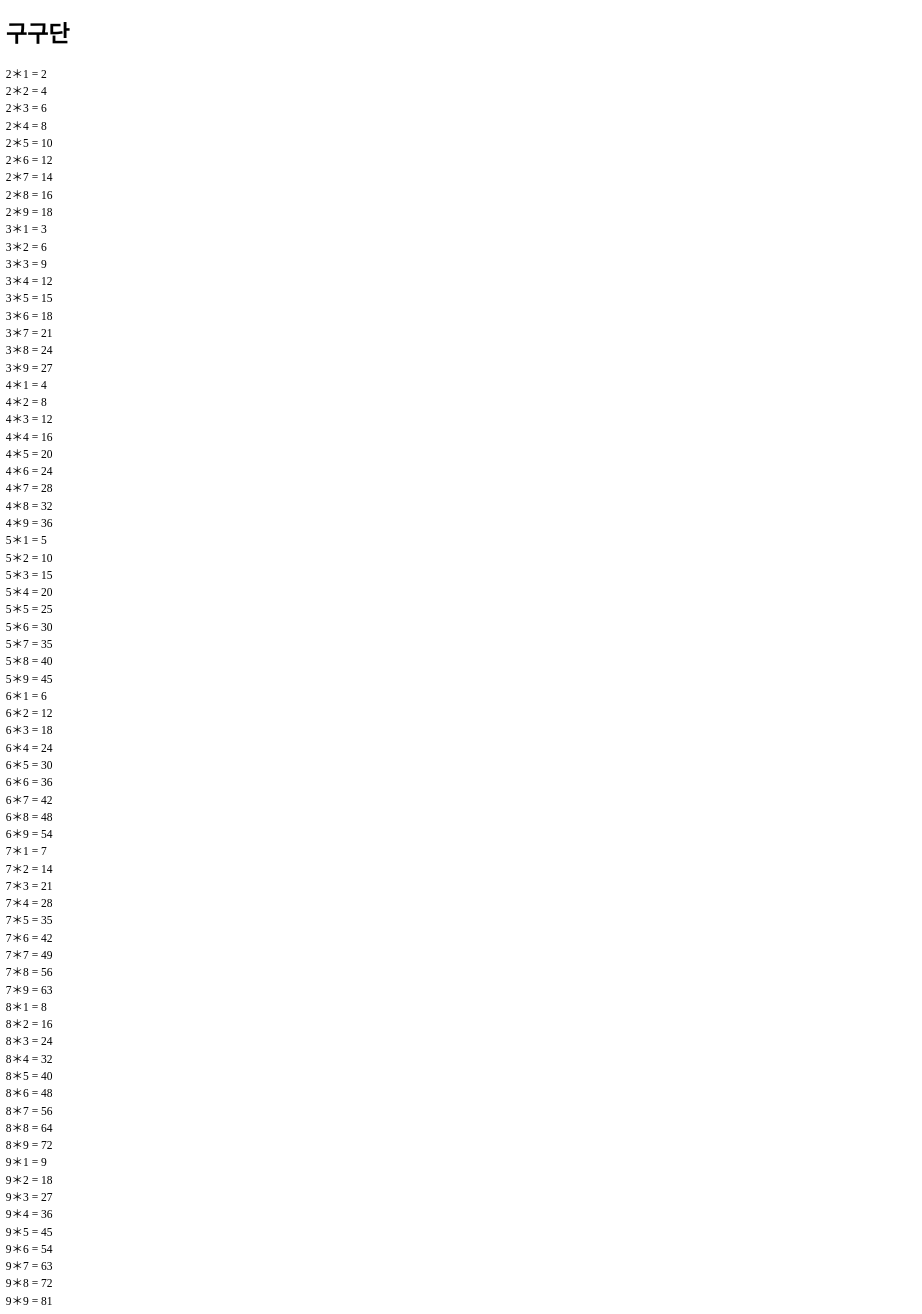
Repository: XenosJM/WEB_CODES
Page: Web03_JavaScript/src/main/webapp/homework/HW01_nonReport.html
These files come from the project's save history. The page is drawn as it stood at one moment and after the next save; the edit follows.
The browser window is 1280 px wide. The pictures show the whole page, at 72% of full size.

Above is the page before, as saved 2024-03-20 08:19:51.

### Web03_JavaScript/src/main/webapp/homework/HW01_nonReport.html
<!DOCTYPE html>
<html>
<head>
<meta charset="UTF-8">
<title>For_ex</title>
</head>
<body>
	<h1>구구단</h1>
	<div id="output"></div>
	<script type="text/javascript">
		let output = document.getElementById('output');

		function multi() {

			for (let x = 2; x <= 9; x++) {
				for (let y = 1; y <= 9; y++) {
					//x = parseInt(x);
					//y = parseInt(y);
					let sum = (x * y);
					output.innerHTML += x + '＊' + y + ' = ' + sum + '<br>';

				}
			}

			/*
			0,0 0,1 0,2 0,3 0,4 0,5 0,6
			1과 5
			2와 4
			3
			2와 4
			1과 5
			 */
		}
			 multi();
	</script>

</body>
</html>

After the next save:
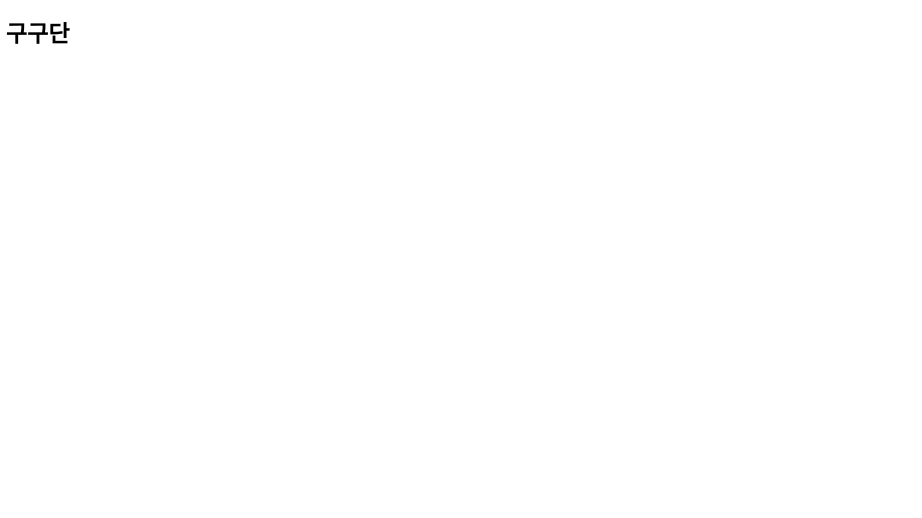
Console error: SyntaxError: Unexpected token 'for'
Saved 2 min 34 s later.
--- a/Web03_JavaScript/src/main/webapp/homework/HW01_nonReport.html
+++ b/Web03_JavaScript/src/main/webapp/homework/HW01_nonReport.html
@@ -22,6 +22,14 @@
 				}
 			}
 
+		function writeStar()
+			for(let x = 0; x < 7; x++){
+				for(let y = 0; y < 7; y++){
+					let sum = ((x*y) = '＊');
+					output.innerHTML += sum;
+				}
+			}
+
 			/*
 			0,0 0,1 0,2 0,3 0,4 0,5 0,6
 			1과 5

After the 4 saves that followed:
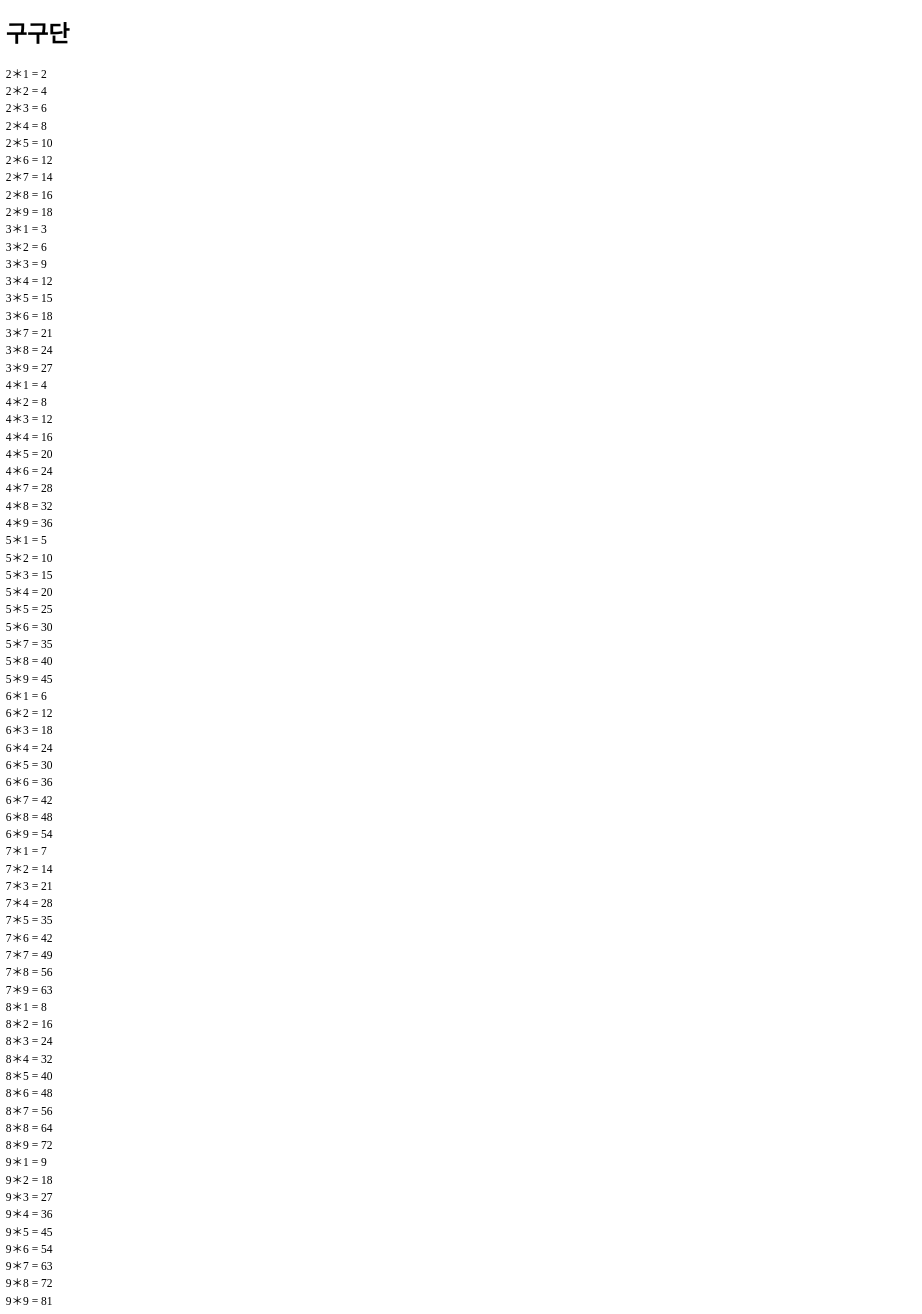
Console error: ReferenceError: star is not defined
The 4 saves are shown as one change because 3 left the picture as it was.
The last was saved 90 s later.
--- a/Web03_JavaScript/src/main/webapp/homework/HW01_nonReport.html
+++ b/Web03_JavaScript/src/main/webapp/homework/HW01_nonReport.html
@@ -22,14 +22,14 @@
 				}
 			}
 
-		function writeStar()
+		function star(){
 			for(let x = 0; x < 7; x++){
 				for(let y = 0; y < 7; y++){
-					let sum = ((x*y) = '＊');
+				//	let sum = ((x*y) = '＊') + '<br>';
 					output.innerHTML += sum;
 				}
 			}
-
+		}
 			/*
 			0,0 0,1 0,2 0,3 0,4 0,5 0,6
 			1과 5
@@ -40,6 +40,7 @@
 			 */
 		}
 			 multi();
+			 star();
 	</script>
 
 </body>
